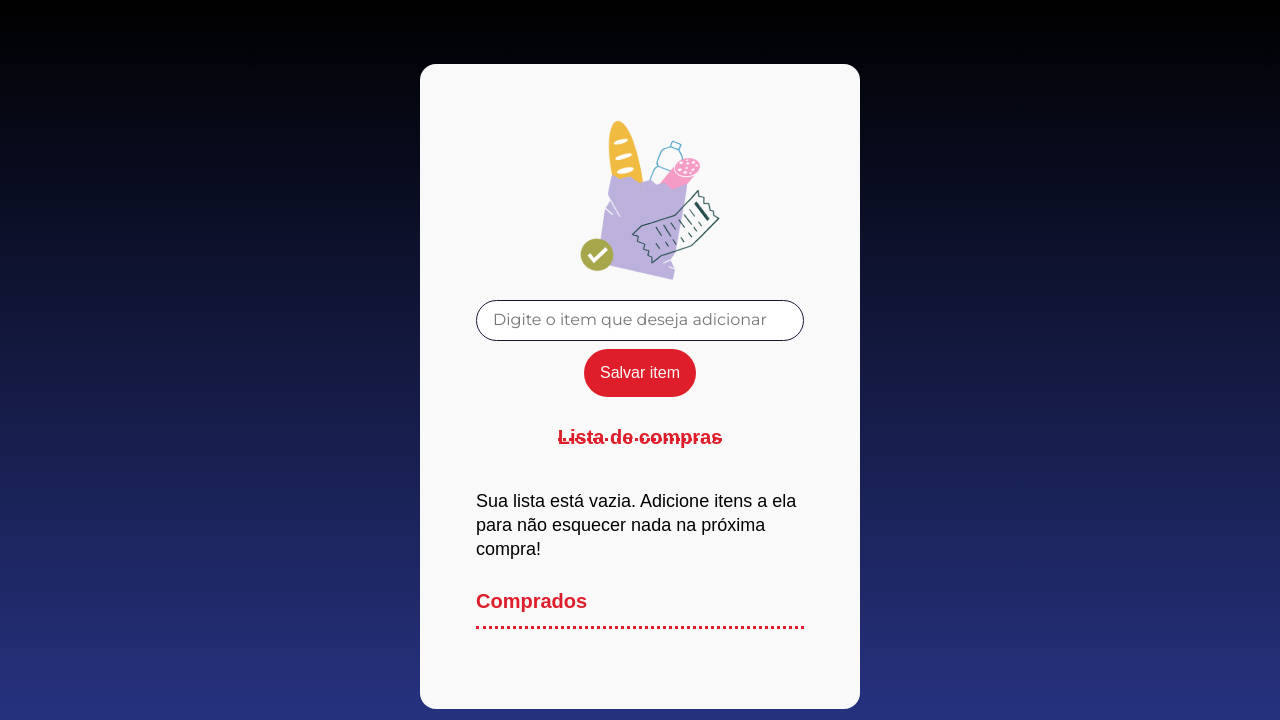
Repository: joaoPraiaJunior/compras_js
Page: index.html
These files come from the project's save history. The page is drawn as it stood at one moment and after the next save; the edit follows.
The browser window is 1280 px wide. The pictures show the whole page.
Some web fonts or font styles are not loaded; a fallback is used.

Above is the page before, as saved 2024-08-23 17:16:05.

### index.html
<!DOCTYPE html>
<html lang="pt-BR" dir="ltr">

<head>
    <meta charset="UTF-8">
    <meta name="viewport" content="width=device-width, initial-scale=1.0">
    <meta name="description" content="Lista de compras">
    <title>Lista de Compras</title>
    <link rel="preconnect" href="https://fonts.googleapis.com">
    <link rel="preconnect" href="https://fonts.gstatic.com" crossorigin>
    <link href="https://fonts.googleapis.com/css2?family=Krona+One&family=Montserrat&family=Numans&display=swap" rel="stylesheet">
    <link rel="stylesheet" href="./css/styles.css">
</head>

<body>
    <header>
        <img src="./img/bag.png" alt="sacola de compras">
    </header>
    <main>
        <form class="compras" data-js="form-compras">
            <input class="compras__campo" type="text" name="compra" placeholder="Digite o item que deseja adicionar" data-js="input-do-item" required>
            <button type="submit" class="compras__botao" data-js="botao-adicionar-item">Salvar item</button>
        </form>
        <div>
            <h1>Lista de compras</h1>
            <hr>

        </div>

        <ul class="lista" data-js="lista-de-compras">

        </ul>

        <p>Sua lista está vazia. Adicione itens a ela para não esquecer nada na próxima compra!</p>

        <h2>Comprados</h2>
        <hr>

        <ul class="comprados" data-js="itens-comprados">

        </ul>
    </main>
    <script type="module" src="./js/scripts.js"></script>
</body>

</html>

### css/styles.css
* {
    box-sizing: border-box;
    margin: 0;
    padding: 0;
}

html {
    font-size: 62.5%;
}

:root {
    --cor-primaria: #df1e2b;
    --cor-secundaria: #C2373F;
    --neutro: #F9F9F9;
    --preto: #131730;
    --fonte-titulo: "Krona One", sans-serif;
    --fonte-texto: 'Numans', sans-serif;
    --degrade-azul: linear-gradient(180deg, #000000 0%, #26327F 100%);
}

body {
    display: flex;
    flex-direction: column;
    align-items: center;
    background: var(--degrade-azul);
    background-repeat: no-repeat;
    font-size: 1.6rem;
    height: 100vh;
}

header {
    text-align: center;
    margin-top: 6.4rem;
    background-color: var(--neutro);
    border-radius: 1.6rem 1.6rem 0 0;
    padding: 5.6rem 5.6rem 1.6rem 5.6rem;
    width: 44.0rem;

}

main {
    display: flex;
    flex-direction: column;
    align-items: center;
    gap: 2.4rem;
    background-color: var(--neutro);
    border-radius: 0 0 1.6rem 1.6rem;
    padding: 0 5.6rem 5.6rem 5.6rem;
    width: 44.0rem;
}

h1, h2 {
    align-self: flex-start;
    font-family: var(--fonte-titulo);
    font-size: 2.0rem;
    color: var(--cor-primaria);
    line-height: 3.3rem;
}

hr {
    border: none;
    border-bottom: .3rem dotted var(--cor-primaria);
    margin-bottom: 2.4rem;
    width: 100%;
}

hr:empty {
    margin-top: calc(1.6rem * -1);
    margin-bottom: 0;
}

p, label {
    font-family: var(--fonte-texto);
    font-size: 1.8rem;
    font-weight: 400;
    text-align: left;
    line-height: 2.4rem;
}


.compras {
    display: flex;
    flex-direction: column;
    gap: .8rem;
    width: 100%;
}

.compras__campo {
    border: .1rem solid var(--preto);
    border-radius: 2.4rem;
    padding: 1.2rem 1.6rem;
}

.compras__campo::placeholder {
    font-family: "Montserrat", sans-serif;
    font-size: 1.6rem;
    line-height: 1.9rem;
}

.compras__botao {
    align-self: center;
    font-family: var(--fonte-texto);
    font-size: 1.6rem;
    line-height: 2.4rem;
    color: var(--neutro);
    background-color: var(--cor-primaria);
    border: none;
    border-radius: 2.4rem;
    padding: 1.2rem 1.6rem;
    cursor: pointer;
}

.lista, .comprados {
    list-style: none;
    width: 100%;
}

.lista__item {
    margin-bottom: 1.0rem;
}

.lista__item:last-child {
    margin-bottom: 0;
}

.lista__item--comprado {
    text-decoration: line-through;
}

.lista__container {
    display: flex;
    align-items: center;
    justify-content: space-between;
}

.lista__compra {
    display: flex;
    align-items: center;
}

.lista__etiqueta {
    cursor: pointer;
}

.lista__data {
    font-size: 1.2rem;
    line-height: 2.0rem;
}

.checkbox {
    display: flex;
    align-items: center;
    flex-direction: row-reverse;
    cursor: pointer;
}
.checkbox__input {
    opacity: 0;
    width: 0;
    height: 0;
}

.checkbox__customizado {
    background-color: var(--neutro);
    margin-right: .8rem;
    border: .1rem solid var(--preto);
    border-radius: .4rem;
    width: 2.0rem;
    height: 2.0rem;
    cursor: pointer
}

.checkbox__customizado--checked {
    position: relative;
    background-color: var(--preto);
}

.checkbox__customizado--checked::before {
    content: "";
    position: absolute;
    top: -10%;
    left: 30%;
    width: .5rem;
    height: 1.4rem;
    border-top: .2rem solid var(--neutro);
    border-left: .2rem solid var(--neutro);
    transform: rotate(-140deg);
}

.botao {
    display: flex;
    gap: 1.0rem;
}

.botao__excluir, .botao__editar {
    background-color: transparent;
    border: none;
    cursor: pointer;
}

### js/scripts.js
import adicionarItemDeCompra from './modulos/adicionarItemDeCompra.js';

const elementos = {
    formCompras: '[data-js="form-compras"]',
}

const formCompras = document.querySelector(elementos.formCompras);


formCompras.addEventListener('submit', adicionarItemDeCompra);

### js/modulos/adicionarItemDeCompra.js
import criarItemDaLista from './criarItemDaLista.js';

let contadorDeItens = 0;

function adicionarItemDeCompra(evento) {

    const elementos = {
        inputDoItem: '[data-js="input-do-item"]',
        listaDeCompras: '[data-js="lista-de-compras"]',
    }

    const inputDoItem = document.querySelector(elementos.inputDoItem);
    const listaDeCompras = document.querySelector(elementos.listaDeCompras);

    evento.preventDefault();
    const itemDeCompra = inputDoItem.value;
    inputDoItem.value = '';
    contadorDeItens++;
    listaDeCompras.appendChild(criarItemDaLista(itemDeCompra, contadorDeItens));
}

export default adicionarItemDeCompra;

### js/modulos/criarItemDaLista.js
import checkboxMarcado from "./checkboxMarcado.js";
import dataHora from "./dataHora.js";
import textoCapitalizado from "./textoCapitalizado.js";

function criarItemDaLista(itemDeCompra, contadorDeItens) {
    const liDaLista = document.createElement('li');
    const divContainer = document.createElement('div');
    const divListaDeCompras = document.createElement('div');
    const labelDoCheckbox = document.createElement('label');
    const inputCheckbox = document.createElement('input');
    const checkBoxCustomizado = document.createElement('span');
    const divBotao = document.createElement('div');
    const botaoExcluir = document.createElement('button');
    const botaoEditar = document.createElement('button');
    const iconeExcluir = document.createElement('img');
    const iconeEditar = document.createElement('img');
    const paragrafoData = document.createElement('p');
    const data = document.createElement('time');
    const horas = document.createElement('time');

    liDaLista.classList.add('lista__item');
    divContainer.classList.add('lista__container');
    divListaDeCompras.classList.add('lista__compra');
    labelDoCheckbox.classList.add('checkbox');
    inputCheckbox.classList.add('checkbox__input');
    checkBoxCustomizado.classList.add('checkbox__customizado');
    checkBoxCustomizado.dataset.js = 'checkbox-customizado';
    divBotao.classList.add('botao');
    botaoExcluir.classList.add('botao__excluir');
    botaoEditar.classList.add('botao__editar');
    paragrafoData.classList.add('lista__data');

    labelDoCheckbox.setAttribute('for', `item-${contadorDeItens}`);
    labelDoCheckbox.dataset.js = 'label-do-checkbox';
    inputCheckbox.setAttribute('type', 'checkbox');
    inputCheckbox.dataset.js = 'input-do-checkbox';
    inputCheckbox.setAttribute('id', `item-${contadorDeItens}`);
    iconeExcluir.setAttribute('src', './img/delete.svg');
    iconeExcluir.setAttribute('alt', 'Botão de excluir item da lista de compras');
    iconeEditar.setAttribute('src', './img/edit.svg');
    iconeEditar.setAttribute('alt', 'Botão de editar item da lista de compras');

    liDaLista.appendChild(divContainer);
    divContainer.appendChild(divListaDeCompras);
    divListaDeCompras.appendChild(labelDoCheckbox);
    labelDoCheckbox.textContent = `${textoCapitalizado(itemDeCompra)}`;
    labelDoCheckbox.appendChild(inputCheckbox);
    labelDoCheckbox.appendChild(checkBoxCustomizado);
    divContainer.appendChild(divBotao);
    divBotao.appendChild(botaoExcluir);
    divBotao.appendChild(botaoEditar);
    botaoExcluir.appendChild(iconeExcluir);
    botaoEditar.appendChild(iconeEditar);
    liDaLista.appendChild(dataHora(paragrafoData, data, horas));

    checkboxMarcado(labelDoCheckbox, liDaLista);

    return liDaLista;
}

export default criarItemDaLista;

### js/modulos/checkboxMarcado.js
import alteracaoVisualDoCheckbox from "./alteracaoVisualDocheckBox.js";
import inserirItensComprados from "./inserirItensComprados.js";

function checkboxMarcado(labelDoCheckbox, liDaLista) {

    const elementos = {
        inputDoCheckbox: '[data-js="input-do-checkbox"]',
        checkBoxCustomizado: '[data-js="checkbox-customizado"]',
    }

    labelDoCheckbox.addEventListener('click', function (evento) {
        const checkboxAlvo = evento.currentTarget.querySelector(elementos.inputDoCheckbox);
        const checkboxcustomizadoAlvo = evento.currentTarget.querySelector(elementos.checkBoxCustomizado);

        alteracaoVisualDoCheckbox(checkboxAlvo, checkboxcustomizadoAlvo);
        inserirItensComprados(checkboxAlvo, liDaLista);
    });
}

export default checkboxMarcado;

### js/modulos/dataHora.js
function dataHora(paragrafoData, data, horas) {
    data.textContent =  `${new Date().toLocaleDateString()}`;
    data.setAttribute('datetime', `${new Date().toLocaleDateString("en-CA", {year: 'numeric', month: '2-digit', day: '2-digit'})}`);
    horas.textContent = `${new Date().toLocaleTimeString("pt-BR", { hour: "numeric", minute: "numeric" })}`;
    paragrafoData.textContent = `${new Date().toLocaleDateString("pt-BR", { weekday: "long" }).charAt(0).toUpperCase() + new Date().toLocaleDateString("pt-BR", { weekday: "long" }).slice(1)} `;
    paragrafoData.appendChild(data);
    paragrafoData.textContent += ' às ';
    paragrafoData.appendChild(horas);

    return paragrafoData;
}

export default dataHora;

### js/modulos/textoCapitalizado.js
function textoCapitalizado(itemDeCompra) {
    const palavras = itemDeCompra.split(' ');

    const palavrasCapitalizadas = palavras.map(function (palavra) {
        return palavra.charAt(0).toUpperCase() + palavra.slice(1).toLowerCase();
    });

    return palavrasCapitalizadas.join(' ');
}

export default textoCapitalizado;

### js/modulos/alteracaoVisualDocheckBox.js
function alteracaoVisualDoCheckbox(checkboxAlvo, checkboxCustomizadoAlvo) {
    if (checkboxAlvo.checked) {
        checkboxCustomizadoAlvo.classList.add('checkbox__customizado--checked');
    } else {
        checkboxCustomizadoAlvo.classList.remove('checkbox__customizado--checked');
    }
}

export default alteracaoVisualDoCheckbox;

### js/modulos/inserirItensComprados.js
function inserirItensComprados(checkboxAlvo, liDaLista) {

    const elementos = {
        listaDeCompras: '[data-js="lista-de-compras"]',
        itensComprados: '[data-js="itens-comprados"]',
    }

    const itensComprados = document.querySelector(elementos.itensComprados);
    const listaDeCompras = document.querySelector(elementos.listaDeCompras);

    if (checkboxAlvo.checked) {
        itensComprados.appendChild(liDaLista);
        liDaLista.classList.add('lista__item--comprado');
    } else {
        listaDeCompras.appendChild(liDaLista);
        liDaLista.classList.remove('lista__item--comprado');
    }
}

export default inserirItensComprados;

After the next save:
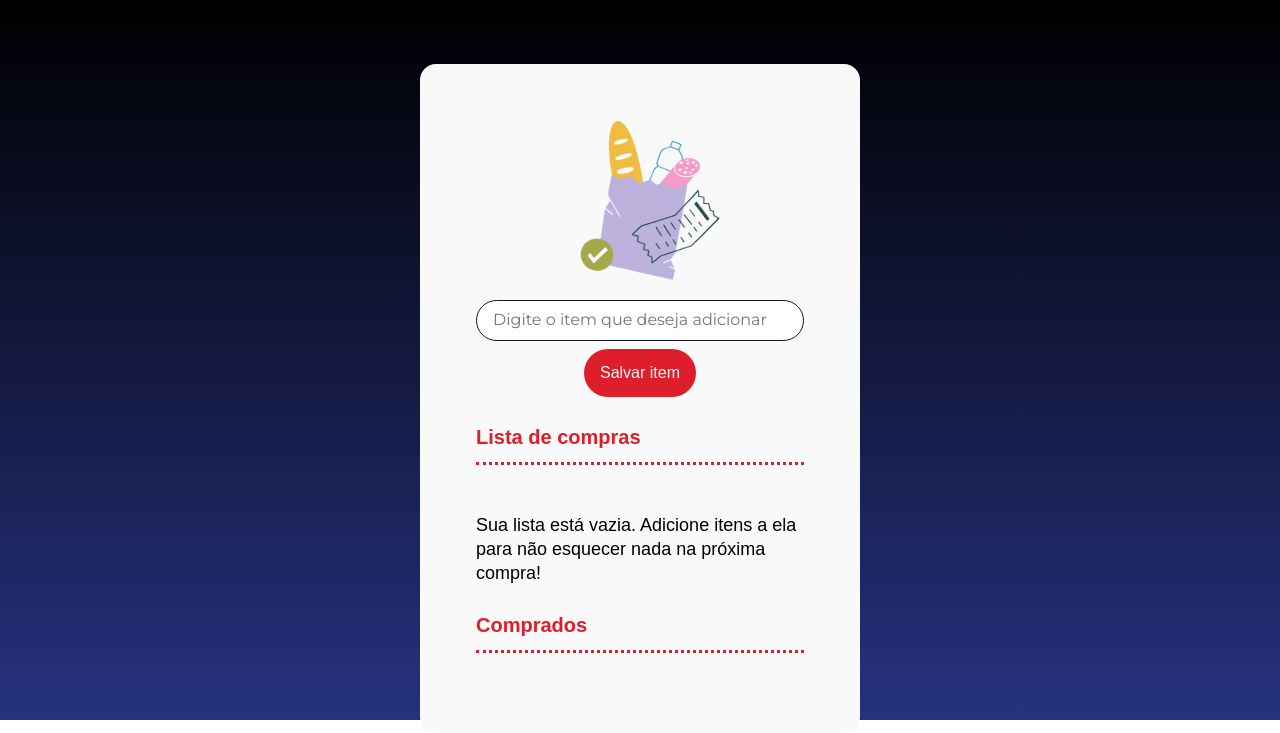
Saved 15 s later.
--- a/index.html
+++ b/index.html
@@ -21,11 +21,8 @@
             <input class="compras__campo" type="text" name="compra" placeholder="Digite o item que deseja adicionar" data-js="input-do-item" required>
             <button type="submit" class="compras__botao" data-js="botao-adicionar-item">Salvar item</button>
         </form>
-        <div>
-            <h1>Lista de compras</h1>
-            <hr>
-
-        </div>
+        <h1>Lista de compras</h1>
+        <hr>
 
         <ul class="lista" data-js="lista-de-compras">
 
